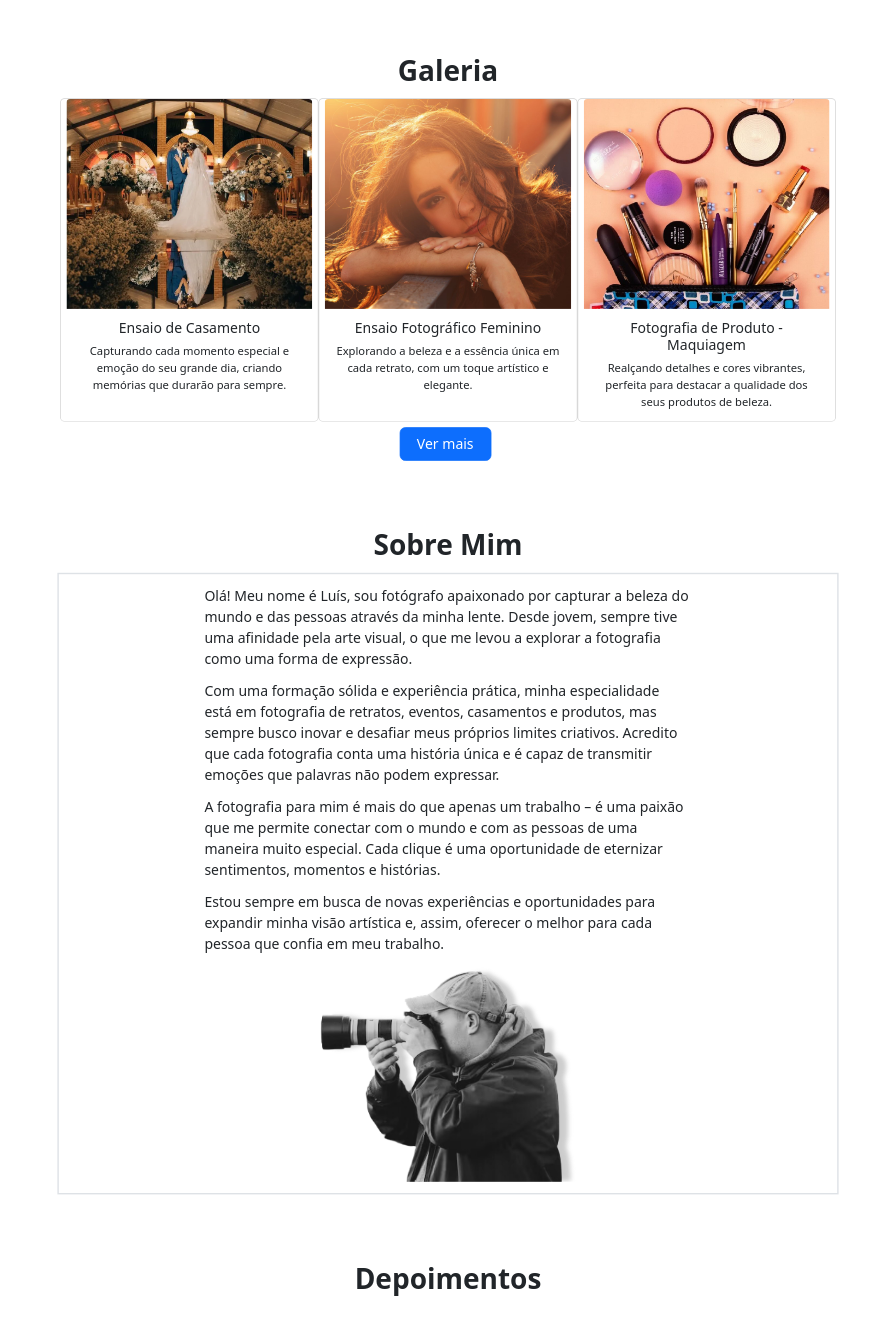
Repository: Marinalr-25/portifolio-fotografia
Page: index.html
These files come from the project's save history. The page is drawn as it stood at one moment and after the next save; the edit follows.
The browser window is 1280 px wide. The pictures show the part of the page from y = 556 to 2456 px (the page is 2761 px tall before and 2793 px after), at 70% of full size.
A picture or video elsewhere on the page could not be fetched, so the positions and the page height are approximate.

Above is the page before, as saved 2025-01-19 21:39:18.

### index.html
<!DOCTYPE html>
<html lang="pt-BR" data-bs-theme="dark">
  <head>
    <meta charset="utf-8" />
    <meta name="viewport" content="width=device-width, initial-scale=1" />
    <title>Portifolio Fotográfia</title>
    <link
      href="https://cdn.jsdelivr.net/npm/bootstrap@5.3.3/dist/css/bootstrap.min.css"
      rel="stylesheet"
      integrity="sha384-QWTKZyjpPEjISv5WaRU9OFeRpok6YctnYmDr5pNlyT2bRjXh0JMhjY6hW+ALEwIH"
      crossorigin="anonymous"
    />
    <!-- Bootstrap Icons -->
    <link
      href="https://cdn.jsdelivr.net/npm/bootstrap-icons/font/bootstrap-icons.css"
      rel="stylesheet"
    />
    <link rel="stylesheet" href="css/style.css" />
  </head>
  <body>
    <!-- Header -->
    <div class="container">
      <header
        class="d-flex flex-wrap justify-content-center py-3 mb-4 border-bottom fixed-top header header-light"
      >
        <a
          href="/"
          class="d-flex align-items-center mb-3 mb-md-0 me-md-auto link-body-emphasis text-decoration-none"
        >
          <svg
            xmlns="http://www.w3.org/2000/svg"
            width="40"
            height="32"
            class="d-block m-4 my-1 m"
            viewBox="0 0 118 94"
            role="img"
          >
            <title>Bootstrap</title>
            <path
              fill-rule="evenodd"
              clip-rule="evenodd"
              d="M24.509 0c-6.733 0-11.715 5.893-11.492 12.284.214 6.14-.064 14.092-2.066 20.577C8.943 39.365 5.547 43.485 0 44.014v5.972c5.547.529 8.943 4.649 10.951 11.153 2.002 6.485 2.28 14.437 2.066 20.577C12.794 88.106 17.776 94 24.51 94H93.5c6.733 0 11.714-5.893 11.491-12.284-.214-6.14.064-14.092 2.066-20.577 2.009-6.504 5.396-10.624 10.943-11.153v-5.972c-5.547-.529-8.934-4.649-10.943-11.153-2.002-6.484-2.28-14.437-2.066-20.577C105.214 5.894 100.233 0 93.5 0H24.508zM80 57.863C80 66.663 73.436 72 62.543 72H44a2 2 0 01-2-2V24a2 2 0 012-2h18.437c9.083 0 15.044 4.92 15.044 12.474 0 5.302-4.01 10.049-9.119 10.88v.277C75.317 46.394 80 51.21 80 57.863zM60.521 28.34H49.948v14.934h8.905c6.884 0 10.68-2.772 10.68-7.727 0-4.643-3.264-7.207-9.012-7.207zM49.948 49.2v16.458H60.91c7.167 0 10.964-2.876 10.964-8.281 0-5.406-3.903-8.178-11.425-8.178H49.948z"
              fill="currentColor"
            ></path>
          </svg>
          <span class="fs-4">Fotográfo Bootstrap</span>
        </a>

        <ul class="nav nav-pills">
          <li class="nav-item">
            <a href="#home" class="nav-link active" aria-current="page">Home</a>
          </li>
          <li class="nav-item">
            <a href="#galeria" class="nav-link">Galeria</a>
          </li>
          <li class="nav-item">
            <a href="#sobre" class="nav-link">Sobre mim</a>
          </li>
          <li class="nav-item">
            <a href="#servicos" class="nav-link">Serviços</a>
          </li>
          <li class="nav-item">
            <a href="#contato" class="nav-link">Contato</a>
          </li>
          <button id="toggleThemeBtn" class="btn btn-light me-3">
            <i id="themeIcon" class="bi bi-brightness-high"></i>
          </button>
        </ul>
      </header>
    </div>

    <!-- Hero -->
    <div id="home" class="container col-xxl-8 px-4 py-5">
      <div class="row flex-lg-row-reverse align-items-center g-5 py-5">
        <div class="col-10 col-sm-8 col-lg-6">
          <img
            src="src/fotografiaHero.jpg"
            class="d-block mx-lg-auto img-fluid img-hero"
            alt="Bootstrap Themes"
            width="700"
            height="500"
            loading="lazy"
          />
        </div>
        <div class="col-lg-6">
          <h1 class="fw-bold text-body-emphasis lh-1 mb-3">
            Capturando Momentos, Criando Memórias
          </h1>
          <p class="lead">
            Com uma abordagem única e criativa, busco capturar a essência de
            cada cena e emoção. Meu trabalho é uma mistura de técnica, paixão e
            sensibilidade. Através da minha lente, tento criar imagens que falam
            por si mesmas.
          </p>
          <div class="d-grid gap-2 d-md-flex justify-content-md-start">
            <button type="button" class="btn btn-primary btn-lg px-4 me-md-2">
              Veja meu trabalho
            </button>
            <button type="button" class="btn btn-outline-secondary btn-lg px-4">
              Entre em Contato
            </button>
          </div>
        </div>
      </div>
    </div>

    <!-- Galeria -->
    <div id="galeria" class="container col-xxl-8 px-4 py-5 p-4 text-center">
      <h1 class="fw-bold mb-3">Galeria</h1>
      <div class="row g-3">
        <div class="card col-lg-4 col-12 mb-2">
          <img
            src="src/casamento.webp"
            class="card-img-top"
            alt="ensaio fotografico de casamento"
          />
          <div class="card-body">
            <h5 class="card-title">Ensaio de Casamento</h5>
            <p class="card-text">
              Capturando cada momento especial e emoção do seu grande dia,
              criando memórias que durarão para sempre.
            </p>
          </div>
        </div>
        <div class="card col-lg-4 col-12 mb-2">
          <img
            src="src/ensaiofotografico.jpeg"
            class="card-img-top"
            alt="ensaio fotografico de uma mulher"
          />
          <div class="card-body">
            <h5 class="card-title">Ensaio Fotográfico Feminino</h5>
            <p class="card-text">
              Explorando a beleza e a essência única em cada retrato, com um
              toque artístico e elegante.
            </p>
          </div>
        </div>
        <div class="card col-lg-4 col-12 mb-2">
          <img
            src="src/maquiagem.jpg"
            class="card-img-top"
            alt="ensaio fotografico de produto (maquiagem)"
          />
          <div class="card-body">
            <h5 class="card-title">Fotografia de Produto - Maquiagem</h5>
            <p class="card-text">
              Realçando detalhes e cores vibrantes, perfeita para destacar a
              qualidade dos seus produtos de beleza.
            </p>
          </div>
        </div>
      </div>
      <button type="button" class="btn btn-primary btn-lg px-4 me-md-2">
        Ver mais
      </button>
    </div>

    <!-- Sobre mim -->
    <div id="sobre" class="container px-4 py-5">
      <div class="row justify-content-center align-items-center">
        <h1 class="fw-bold mb-3 text-center">Sobre Mim</h1>
        <div
          class="row p-3 border border-2 d-flex justify-content-center align-items-center"
        >
          <div class="col-lg-8 pe-3">
            <p class="lead">
              Olá! Meu nome é Luís, sou fotógrafo apaixonado por capturar a
              beleza do mundo e das pessoas através da minha lente. Desde jovem,
              sempre tive uma afinidade pela arte visual, o que me levou a
              explorar a fotografia como uma forma de expressão.
            </p>
            <p class="lead">
              Com uma formação sólida e experiência prática, minha especialidade
              está em fotografia de retratos, eventos, casamentos e produtos,
              mas sempre busco inovar e desafiar meus próprios limites
              criativos. Acredito que cada fotografia conta uma história única e
              é capaz de transmitir emoções que palavras não podem expressar.
            </p>
            <p class="lead">
              A fotografia para mim é mais do que apenas um trabalho – é uma
              paixão que me permite conectar com o mundo e com as pessoas de uma
              maneira muito especial. Cada clique é uma oportunidade de
              eternizar sentimentos, momentos e histórias.
            </p>
            <p class="lead">
              Estou sempre em busca de novas experiências e oportunidades para
              expandir minha visão artística e, assim, oferecer o melhor para
              cada pessoa que confia em meu trabalho.
            </p>
          </div>
          <div class="fotografo"></div>
        </div>
      </div>
    </div>

    <!-- Clientes -->
    <div id="clientes" class="container col-xxl-8 px-4 py-5 py-3">
      <div class="col mx-auto">
        <h1 class="fw-bold text-center mb-5">Depoimentos</h1>
        <div class="row">
          <div class="col-lg-4 text-center">
            <h3>Luana Silva</h3>
            <div class="mb-2">
              <i class="bi bi-star-fill estrela"></i>
              <i class="bi bi-star-fill estrela"></i>
              <i class="bi bi-star-fill estrela"></i>
              <i class="bi bi-star-fill estrela"></i>
              <i class="bi bi-star-fill estrela"></i>
            </div>

            <p>
              O trabalho do Luís foi simplesmente incrível no nosso grande dia.
              Cada foto reflete nossa felicidade e amor, e temos as imagens mais
              lindas para recordar o nosso casamento. Estamos muito gratos pela
              sua dedicação e olhar atento aos detalhes!
            </p>
          </div>
          <div class="col-lg-4 text-center">
            <h3>Gabrielly Carvalho</h3>
            <div class="mb-2">
              <i class="bi bi-star-fill estrela"></i>
              <i class="bi bi-star-fill estrela"></i>
              <i class="bi bi-star-fill estrela"></i>
              <i class="bi bi-star-fill estrela"></i>
              <i class="bi bi-star-fill estrela"></i>
            </div>
            <p>
              Ele criou um ambiente descontraído e confortável, fazendo com que
              me sentisse à vontade diante das câmeras. O resultado foi
              surpreendente, e as fotos capturaram exatamente quem eu sou.
              Recomendo muito o trabalho dele para quem quer algo único e cheio
              de emoção
            </p>
          </div>
          <div class="col-lg-4 text-center">
            <h3>Aline Santos</h3>
            <div class="mb-2">
              <i class="bi bi-star-fill estrela"></i>
              <i class="bi bi-star-fill estrela"></i>
              <i class="bi bi-star-fill estrela"></i>
              <i class="bi bi-star-fill estrela"></i>
              <i class="bi bi-star-fill estrela"></i>
            </div>
            <p>
              Contratei para fazer as fotos dos meus produtos e fiquei
              impressionado com a qualidade e atenção aos detalhes. As fotos
              realmente destacaram a beleza dos meus produtos. Com certeza
              continuarei trabalhando com ele em futuros projetos!
            </p>
          </div>
        </div>
      </div>
    </div>

    <script
      src="https://cdn.jsdelivr.net/npm/@popperjs/core@2.11.8/dist/umd/popper.min.js"
      integrity="sha384-I7E8VVD/ismYTF4hNIPjVp/Zjvgyol6VFvRkX/vR+Vc4jQkC+hVqc2pM8ODewa9r"
      crossorigin="anonymous"
    ></script>
    <script
      src="https://cdn.jsdelivr.net/npm/bootstrap@5.3.3/dist/js/bootstrap.min.js"
      integrity="sha384-0pUGZvbkm6XF6gxjEnlmuGrJXVbNuzT9qBBavbLwCsOGabYfZo0T0to5eqruptLy"
      crossorigin="anonymous"
    ></script>
    <script src="js/script.js"></script>
  </body>
</html>

### css/style.css
/* Style Bootstrap */

.bd-placeholder-img {
  font-size: 1.125rem;
  text-anchor: middle;
  -webkit-user-select: none;
  -moz-user-select: none;
  user-select: none;
}

@media (min-width: 768px) {
  .bd-placeholder-img-lg {
    font-size: 3.5rem;
  }
}

.b-example-divider {
  width: 100%;
  height: 3rem;
  background-color: rgba(0, 0, 0, 0.1);
  border: solid rgba(0, 0, 0, 0.15);
  border-width: 1px 0;
  box-shadow: inset 0 0.5em 1.5em rgba(0, 0, 0, 0.1),
    inset 0 0.125em 0.5em rgba(0, 0, 0, 0.15);
}

.b-example-vr {
  flex-shrink: 0;
  width: 1.5rem;
  height: 100vh;
}

.bi {
  vertical-align: -0.125em;
  fill: currentColor;
}

.nav-scroller {
  position: relative;
  z-index: 2;
  height: 2.75rem;
  overflow-y: hidden;
}

.nav-scroller .nav {
  display: flex;
  flex-wrap: nowrap;
  padding-bottom: 1rem;
  margin-top: -1px;
  overflow-x: auto;
  text-align: center;
  white-space: nowrap;
  -webkit-overflow-scrolling: touch;
}

.btn-bd-primary {
  --bd-violet-bg: #712cf9;
  --bd-violet-rgb: 112.520718, 44.062154, 249.437846;

  --bs-btn-font-weight: 600;
  --bs-btn-color: var(--bs-white);
  --bs-btn-bg: var(--bd-violet-bg);
  --bs-btn-border-color: var(--bd-violet-bg);
  --bs-btn-hover-color: var(--bs-white);
  --bs-btn-hover-bg: #6528e0;
  --bs-btn-hover-border-color: #6528e0;
  --bs-btn-focus-shadow-rgb: var(--bd-violet-rgb);
  --bs-btn-active-color: var(--bs-btn-hover-color);
  --bs-btn-active-bg: #5a23c8;
  --bs-btn-active-border-color: #5a23c8;
}

.bd-mode-toggle {
  z-index: 1500;
}

.bd-mode-toggle .dropdown-menu .active .bi {
  display: block !important;
}

/* CSS próprio */

/* Header */
.header-light {
  background-color: #fff;
  color: #000;
}

.header-dark {
  background-color: #212529;
  color: #fff;
}

/* Hero */
.img-hero {
  width: 1000px;
}

/* Galeria */
.card-img-top {
  width: 100%;
  height: 300px;
  object-fit: cover;
}

/* sobre mim */
.fotografo {
  background-image: url(/src/fotografosombracortada.png);
  background-position: center;
  background-repeat: no-repeat;
  background-size: contain;
  width: 364px;
  height: 308px;
}

/* Clientes */
.estrela {
  color: #ffcc00;
}

### js/script.js
const toggleThemeBtn = document.getElementById('toggleThemeBtn');
const themeIcon = document.getElementById('themeIcon');
const header = document.querySelector('.header');
const body = document.body;

// Função para definir o ícone, tema e a classe do botão ao carregar a página
function setInitialTheme() {
  if (body.getAttribute('data-bs-theme') === 'dark') {
    themeIcon.classList.remove('bi-brightness-high');
    themeIcon.classList.add('bi-moon-stars-fill');
    toggleThemeBtn.classList.remove('btn-light');
    toggleThemeBtn.classList.add('btn-dark');
  } else {
    body.setAttribute('data-bs-theme', 'light');
    themeIcon.classList.remove('bi-moon-stars-fill');
    themeIcon.classList.add('bi-brightness-high');
    toggleThemeBtn.classList.remove('btn-dark');
    toggleThemeBtn.classList.add('btn-light');
  }
}

// Definir o tema inicial ao carregar
setInitialTheme();

toggleThemeBtn.addEventListener('click', () => {
  if (body.getAttribute('data-bs-theme') === 'dark') {
    body.setAttribute('data-bs-theme', 'light');
    themeIcon.classList.remove('bi-moon-stars-fill');
    themeIcon.classList.add('bi-brightness-high');
    header.classList.remove('header-dark');
    header.classList.add('header-light');
    toggleThemeBtn.classList.remove('btn-dark');
    toggleThemeBtn.classList.add('btn-light');
  } else {
    body.setAttribute('data-bs-theme', 'dark');
    themeIcon.classList.remove('bi-brightness-high');
    themeIcon.classList.add('bi-moon-stars-fill');
    header.classList.remove('header-light');
    header.classList.add('header-dark');
    toggleThemeBtn.classList.remove('btn-light');
    toggleThemeBtn.classList.add('btn-dark');
  }
});

After the next save:
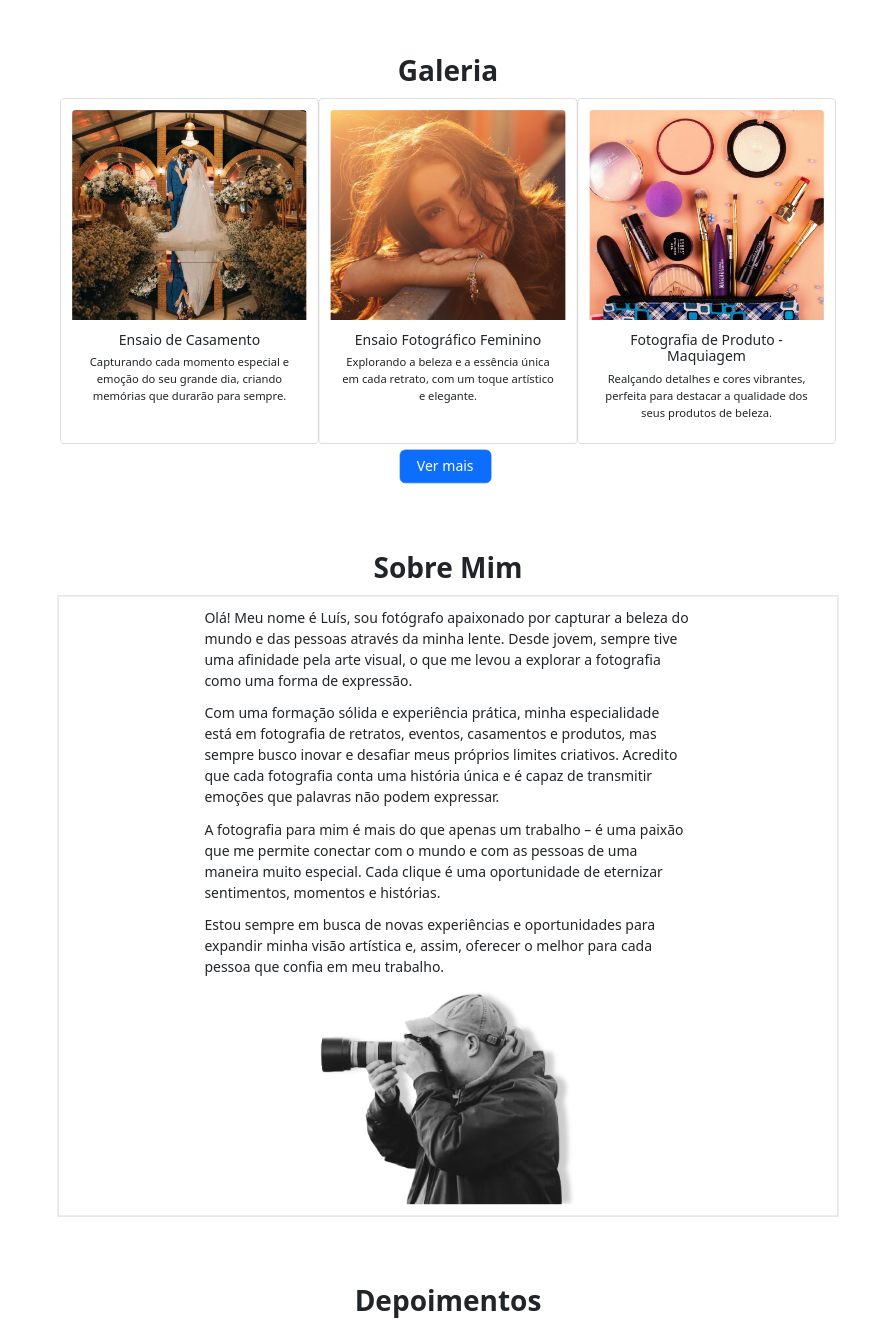
Saved 33 s later.
--- a/index.html
+++ b/index.html
@@ -108,7 +108,7 @@
     <div id="galeria" class="container col-xxl-8 px-4 py-5 p-4 text-center">
       <h1 class="fw-bold mb-3">Galeria</h1>
       <div class="row g-3">
-        <div class="card col-lg-4 col-12 mb-2">
+        <div class="card p-3 col-lg-4 col-12 mb-2">
           <img
             src="src/casamento.webp"
             class="card-img-top"
@@ -122,7 +122,7 @@
             </p>
           </div>
         </div>
-        <div class="card col-lg-4 col-12 mb-2">
+        <div class="card p-3 col-lg-4 col-12 mb-2">
           <img
             src="src/ensaiofotografico.jpeg"
             class="card-img-top"
@@ -136,7 +136,7 @@
             </p>
           </div>
         </div>
-        <div class="card col-lg-4 col-12 mb-2">
+        <div class="card p-3 col-lg-4 col-12 mb-2">
           <img
             src="src/maquiagem.jpg"
             class="card-img-top"
